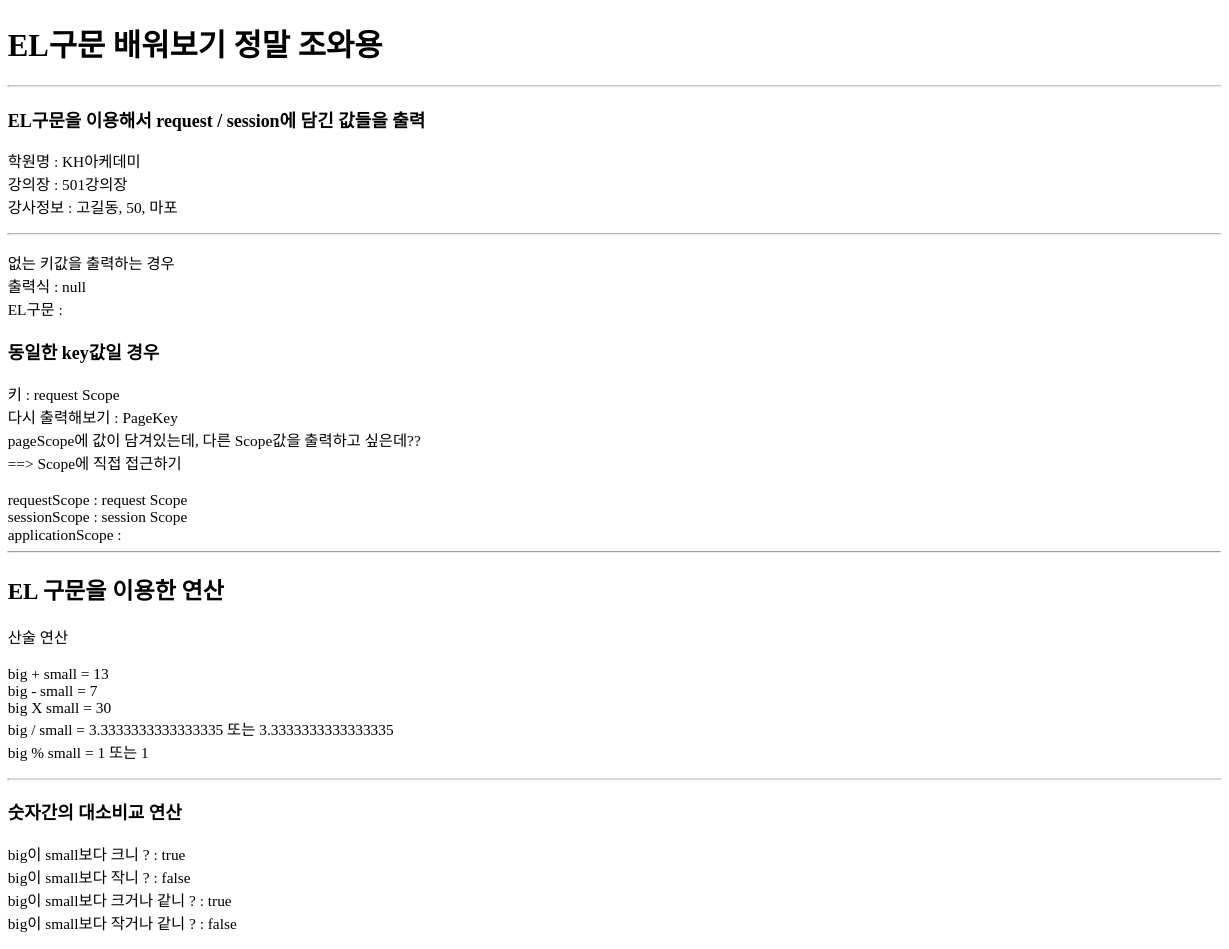
Repository: ghksl0204-shapa/dynamic-web
Page: http://localhost/ActionProject/el.do
The author's editor kept a copy of each file at every save. The page is drawn from the files as they stood at one save, then again after the next save.
The browser window is 1280 px wide. The pictures show the whole page, at 96% of full size.
The page is served by Tomcat 9. Other server files are loaded and not shown.

Above is the page before, as saved 2026-05-06 06:30:50.

### ActionProject/src/main/webapp/WEB-INF/views/01_el.jsp
<%@ page language="java" contentType="text/html; charset=UTF-8"
    pageEncoding="UTF-8"%>
<%@ page import="com.kh.el.model.dto.Person" %>
<!DOCTYPE html>
<html>
<head>
<meta charset="UTF-8">
<title>UltraSuperPower JSP</title>
</head>
<body>

	<h1>EL구문 배워보기 정말 조와용</h1>

	<%--
	<!--

	<%
		String classRoom = (String)request.getAttribute("classRoom");
		Person student = (Person)request.getAttribute("student");

		String academy = (String)session.getAttribute("academy");
		Person lecture = (Person)session.getAttribute("lecture");
	%>

	<p>
		학원명 : <%= academy %> <br>
		강의장 : <%= classRoom %> <br>
		강사정보 : <%= lecture.getName() %>, <%= lecture.getAge() %>, <%= lecture.getAddress() %> <br><br>

		수강생 정보
		<ul>
			<li>이름 : <%= student.getName() %></li>
			<li>나이 : <%= student.getAge() %></li>
			<li>주소 : <%= student.getAddress() %></li>
		</ul>
	</p>
	-->
	--%>

	<hr>

	<h3>EL구문을 이용해서 request / session에 담긴 값들을 출력</h3>

	<p>
		학원명 : ${ academy } <br>
		강의장 : ${ classRoom } <br>
		강사정보 : ${ lecture.name }, ${ lecture.age }, ${ lecture.address } <br>

		<!--
			실제로 필드에 직접 접근 하는것은 불가능
			.name => getName()
			내부적으로 getter메소드를 찾아서 호출해서 값을 출력하는 구조
		 -->
	</p>

	<hr>

	<p>
		없는 키값을 출력하는 경우 <br>

		출력식 : <%= request.getAttribute("clasRoom") %> <br>
		EL구문 : ${ clasRoom } <br>
	</p>

	<h3>동일한 key값일 경우</h3>

	키 : ${ key } <br>

	<%
		// page Scope 에 추가
		pageContext.setAttribute("key", "PageKey");
	%>

	다시 출력해보기 : ${ key } <br>

	<!--
		EL구문은 가장 작은 범위의 scope부터 키값을 찾음
		page => request => session => application순으로 키 값을 검색

		모든 영역을 다 찾았는데 키가 존재하지 않는다 ? => 아무일도 일어나지 않음 오류 안남
	 -->

	 pageScope에 값이 담겨있는데, 다른 Scope값을 출력하고 싶은데?? <br>

	 ==> Scope에 직접 접근하기 <br><br>

	 requestScope : ${ requestScope.key } <br>
	 sessionScope : ${ sessionScope.key } <br>
	 applicationScope : ${ applicationScope.key } <br>

	 <hr>

	 <h2>EL 구문을 이용한 연산</h2>

	 <p>
	 	산술 연산 <br><br>

	 	big + small = ${ big + small }<br>
	 	big - small = ${ big - small }<br>
	 	big X small = ${ big * small }<br>
	 	big / small = ${ big / small } 또는 ${ big div small }<br>
	 	big % small = ${ big % small } 또는 ${ big mod small }<br>
	 </p>

	 <hr>

	 <h3>숫자간의 대소비교 연산</h3>

	 <p>
	 	big이 small보다 크니 ? : ${ big > small } <br>
	 	big이 small보다 작니 ? : ${ big < small } <br>
	 	big이 small보다 크거나 같니 ? : ${ big >= small } <br>
	 	big이 small보다 작거나 같니 ? : ${ big <= small } <br>
	 </p>























</body>
</html>

### ActionProject/src/main/java/com/kh/el/controller/ElServlet.java
package com.kh.el.controller;

import java.io.IOException;
import java.util.ArrayList;

import javax.servlet.ServletException;
import javax.servlet.annotation.WebServlet;
import javax.servlet.http.HttpServlet;
import javax.servlet.http.HttpServletRequest;
import javax.servlet.http.HttpServletResponse;
import javax.servlet.http.HttpSession;

import com.kh.el.model.dto.Person;

@WebServlet("/el.do")
public class ElServlet extends HttpServlet {
	private static final long serialVersionUID = 1L;

    public ElServlet() {
        super();
    }

	protected void doGet(HttpServletRequest request, HttpServletResponse response) throws ServletException, IOException {
		// 만약 서블릿에서 응답할 데이터가 존재 한다면!!!
		// JSP로 포워딩을 할 때 request.setAttribute("name값", "value값") -> forward ~~
		// request -> Servlet 내장객체 / Scope 객체

		// application / session / request / page

		/*
		 * 1. application scope : ServletContext
		 * 한 애플리케이션 당, 딱 한개 존재하는 객체
		 * 이 영역에 데이터를 담으면 애플리케이션 전역에서 사용 가능
		 *
		 *
		 * 2. session scope : HttpSession
		 * 하나의 브라우저 당, 한 개 존재하는 객체
		 * 이 영역에 데이터를 담으면 JSP / Servlet 단에서 사용 가능
		 * 값이 한 번 담기면 서버를 멈추건, 세션을 비우거나, 브라우저가 닫히기 전까지는 계속 사용 가능
		 *
		 * 3. request scope : HttpServletRequest
		 * 요청 및 응답 시 매법 생성되는 객체
		 * 이 영역에 데이터를 담으면 해당 request 를 포워딩 받는 응답 JSP 에서만 사용가능 (1회성)
		 *
		 * 4. page scope : PageContext
		 * JSP페이지에서만 사용가능
		 *
		 * => 위 객체들에 속성을 추가할 때는 .setAttribute("name값", 벨류);
		 * 							  .getAttribute("namer값");
		 * 							  .removeAttribute("name값");
		 */
		// DTO(VO) 한 개, List<DTO>, int, String

		request.setAttribute("classRoom", "501강의장");
		request.setAttribute("student", new Person("홍길동", 15, "한양"));

		// sessionScope
		HttpSession session = request.getSession();
		session.setAttribute("academy", "KH아케데미");
		session.setAttribute("lecture", new Person("고길동", 50, "마포"));

		request.setAttribute("key", "request Scope");
		session.setAttribute("key", "session Scope");

		// 숫자
		request.setAttribute("small", 3);
		request.setAttribute("big", 10);

		// 문자열
		request.setAttribute("strOne", "안녕");
		request.setAttribute("setTwo", new String("안녕"));

		// 객체
		request.setAttribute("obj", new Person("콩쥐", 20, "콩쥐네"));

		// 리스트
		request.setAttribute("list", new ArrayList());

		// 응답 뷰 배정 -> 포워딩
		request.getRequestDispatcher("/WEB-INF/views/01_el.jsp").forward(request, response);


	}

	protected void doPost(HttpServletRequest request, HttpServletResponse response) throws ServletException, IOException {
		doGet(request, response);
	}




















}

### ActionProject/src/main/java/com/kh/el/model/dto/Person.java
package com.kh.el.model.dto;

public class Person {

	private String name;
	private int age;
	private String address;

	public Person() {
		super();
	}

	public Person(String name, int age, String address) {
		super();
		this.name = name;
		this.age = age;
		this.address = address;
	}

	public String getName() {
		return name;
	}

	public void setName(String name) {
		this.name = name;
	}

	public int getAge() {
		return age;
	}

	public void setAge(int age) {
		this.age = age;
	}

	public String getAddress() {
		return address;
	}

	public void setAddress(String address) {
		this.address = address;
	}

	@Override
	public String toString() {
		return "Person [name=" + name + ", age=" + age + ", address=" + address + "]";
	}

}

After the next save:
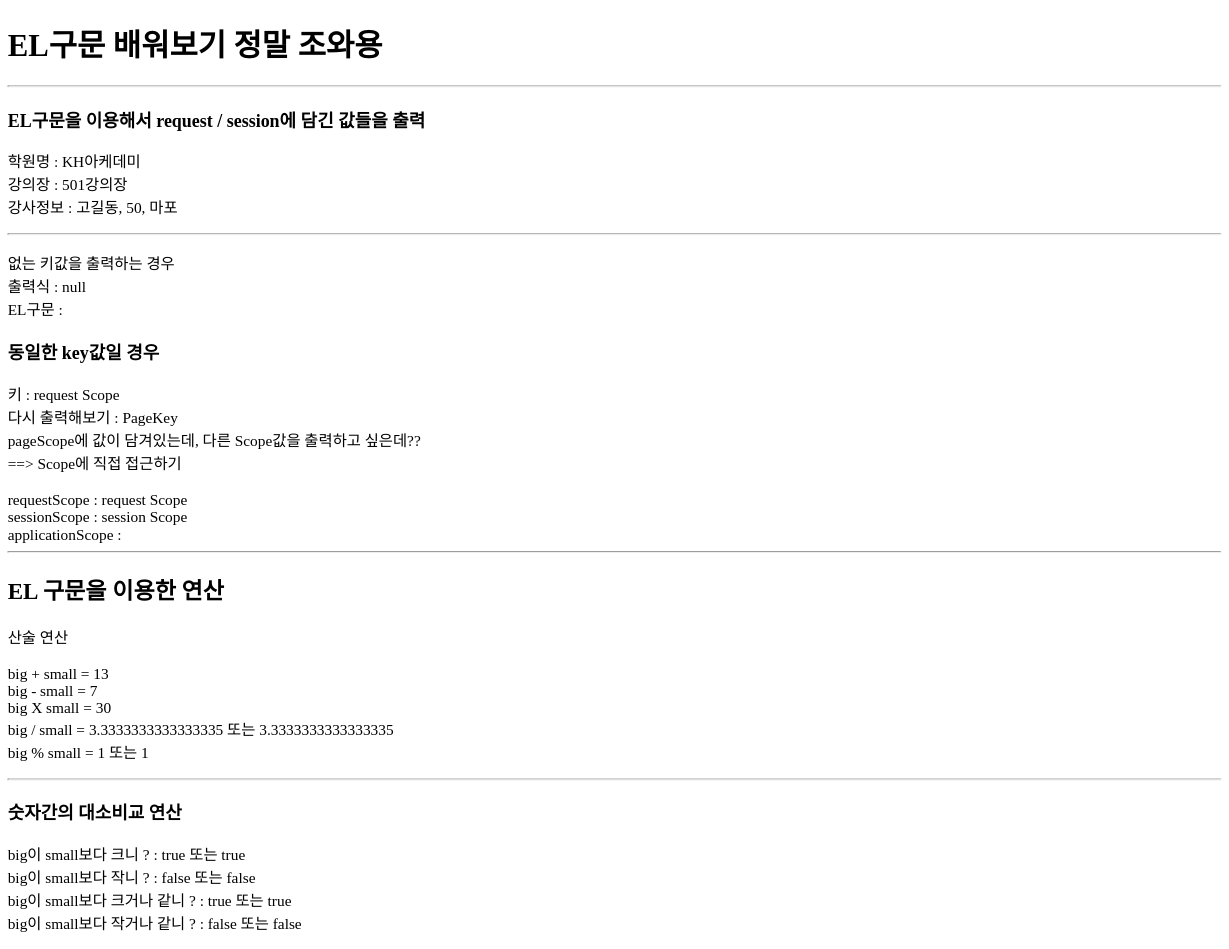
Saved 111 s later.
--- a/ActionProject/src/main/webapp/WEB-INF/views/01_el.jsp
+++ b/ActionProject/src/main/webapp/WEB-INF/views/01_el.jsp
@@ -107,10 +107,10 @@
 	 <h3>숫자간의 대소비교 연산</h3>
 
 	 <p>
-	 	big이 small보다 크니 ? : ${ big > small } <br>
-	 	big이 small보다 작니 ? : ${ big < small } <br>
-	 	big이 small보다 크거나 같니 ? : ${ big >= small } <br>
-	 	big이 small보다 작거나 같니 ? : ${ big <= small } <br>
+	 	big이 small보다 크니 ? : ${ big > small } 또는 ${ big gt small }<br>
+	 	big이 small보다 작니 ? : ${ big < small } 또는 ${ bit lt small }<br>
+	 	big이 small보다 크거나 같니 ? : ${ big >= small } 또는 ${ big ge small }<br>
+	 	big이 small보다 작거나 같니 ? : ${ big <= small } 또는 ${ big le small }<br>
 	 </p>
 
 
